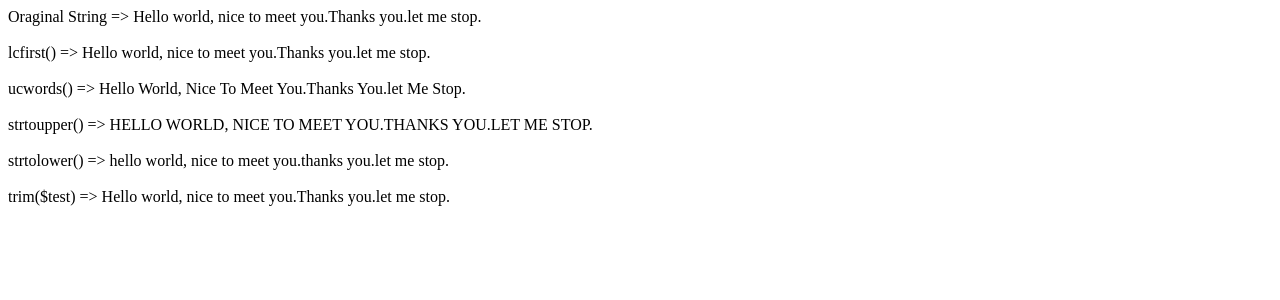
Repository: zinminkhantoo/assignment01
Page: http://localhost/String/printf_fprintf.php
The author's editor kept a copy of each file at every save. The page is drawn from the files as they stood at one save, then again after the next save.
The browser window is 1280 px wide. The pictures show the whole page.
The page is run by PHP 8.4 with error messages shown; the project is at /var/www/html/.

Above is the page before, as saved 2020-04-12 09:56:30.

### Test/String/printf_fprintf.php
<?php
    $test = " Hello world, nice to meet you.Thanks you.let me stop. ";
    echo "Oraginal String => $test</br></br>";
    echo "lcfirst() => ".lcfirst($test)."</br></br>";
    echo "ucwords() => " .ucwords($test)."</br></br>";
    echo "strtoupper() => ".strtoupper($test)."</br></br>";
    echo "strtolower() => ".strtolower($test)."</br></br>";
    echo 'trim($test) => '.trim($test);
?>

After the next save:
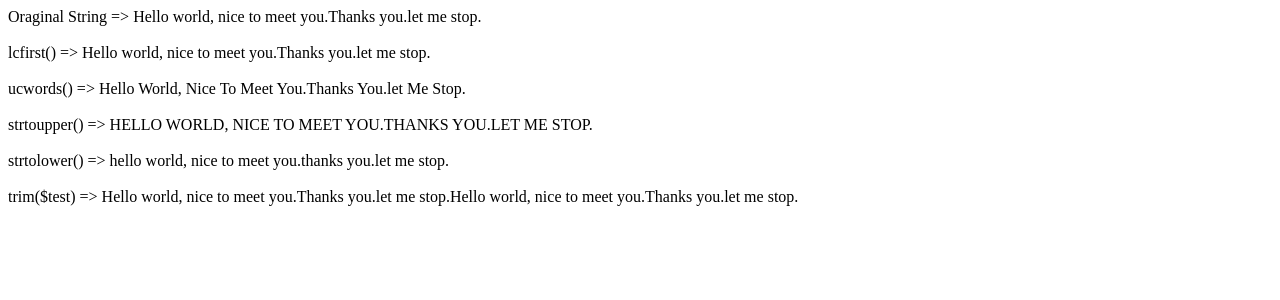
Saved 46 s later.
--- a/Test/String/printf_fprintf.php
+++ b/Test/String/printf_fprintf.php
@@ -6,4 +6,7 @@
     echo "strtoupper() => ".strtoupper($test)."</br></br>";
     echo "strtolower() => ".strtolower($test)."</br></br>";
     echo 'trim($test) => '.trim($test);
+
+    $a = trim($test);
+    echo $a;
 ?>

After the save that followed:
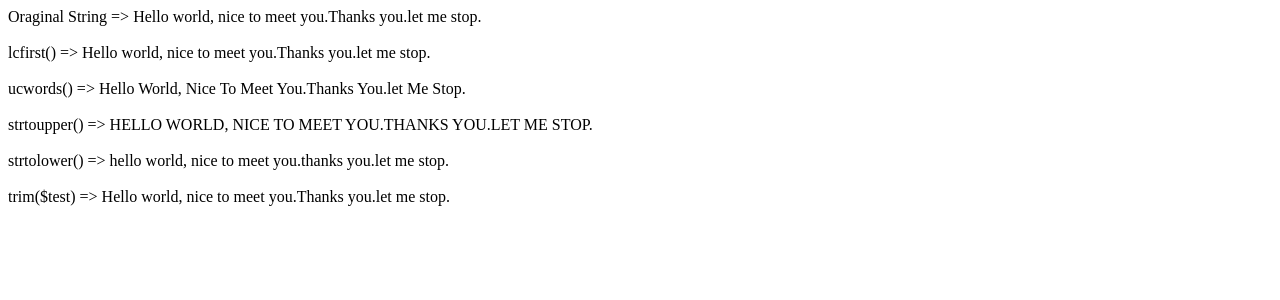
Saved 14 s later.
--- a/Test/String/printf_fprintf.php
+++ b/Test/String/printf_fprintf.php
@@ -5,8 +5,6 @@
     echo "ucwords() => " .ucwords($test)."</br></br>";
     echo "strtoupper() => ".strtoupper($test)."</br></br>";
     echo "strtolower() => ".strtolower($test)."</br></br>";
-    echo 'trim($test) => '.trim($test);
+    echo 'trim($test) => '.trim($test," ");
 
-    $a = trim($test);
-    echo $a;
 ?>
